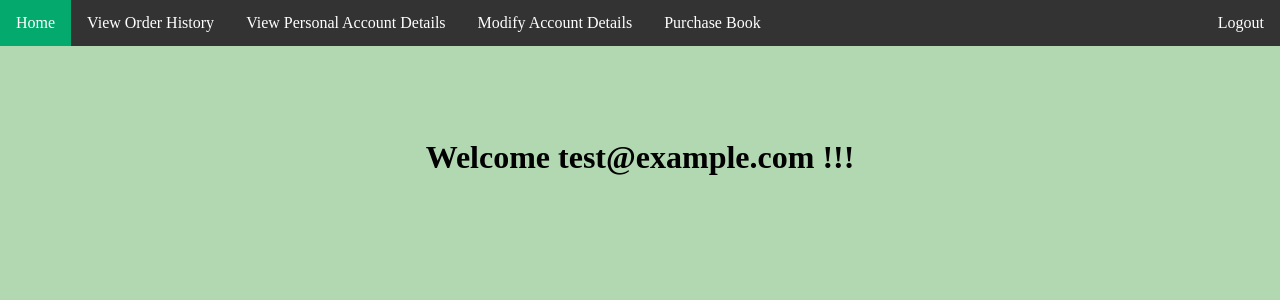
Repository: sach7691/original-book-store
Page: http://localhost/online-book-store-application/dashboard.jsp
An editor plug-in stored every save of this project. The page is shown before and after the next save, followed by the edit.
The browser window is 1280 px wide. The pictures show the whole page.
The page is served by Tomcat 9. The session is filled in as if someone had signed in: {"email": "test@example.com"}.

Above is the page before, as saved 2022-08-31 19:11:41.

After the next save:
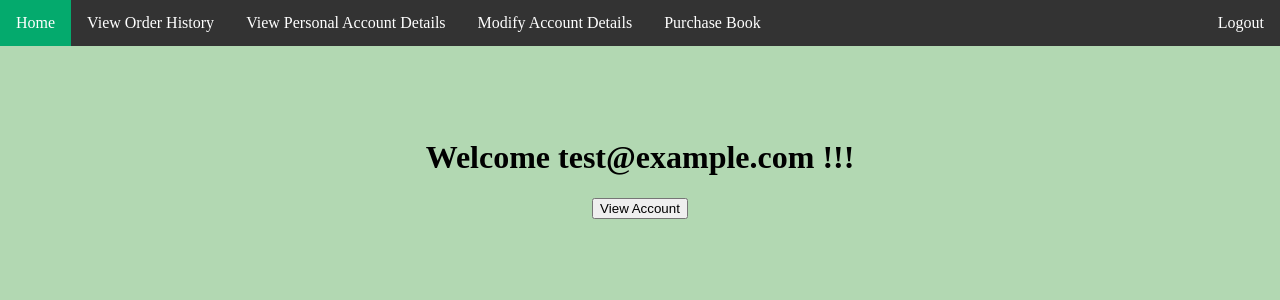
Saved 7 min 30 s later.
--- a/online-book-store-application/src/main/webapp/dashboard.jsp
+++ b/online-book-store-application/src/main/webapp/dashboard.jsp
@@ -94,6 +94,7 @@ session.getAttribute("email");
 </div>
 
  <input type="text" id="email" name="email" value= "${email}" hidden="" >
+ <input type="submit" value="View Account" />
  </form>
 </center>
 </body>
